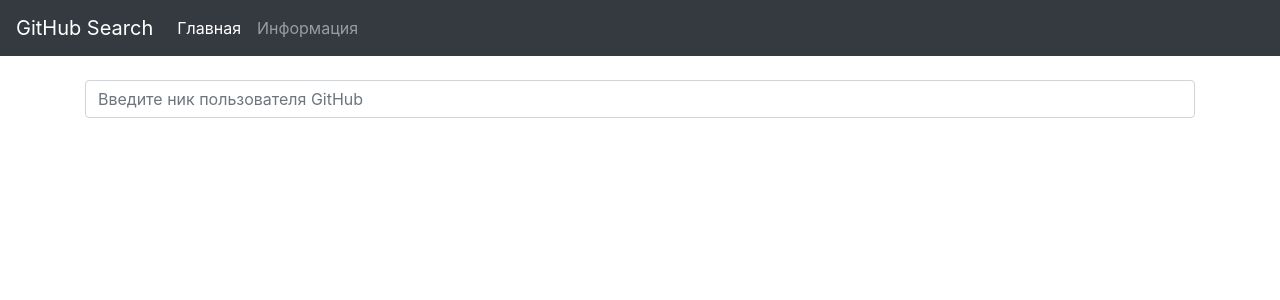
Repository: mbaboshko/github-search
Page: /
The author's editor kept a copy of each file at every save. The page is drawn from the files as they stood at one save, then again after the next save.
The browser window is 1280 px wide. The pictures show the whole page.
The project was rebuilt for these pictures with package versions that can differ from the ones it lists, and the page was loaded fresh each time. Also part of the build but not shown: src/components/Card.js, src/components/Loader/Loader.module.css, src/components/Loader/Loader.js, src/pages/About.js, src/pages/Profile.js, src/components/Alert.js.

Above is the page before, as saved 2020-08-17 17:40:19.

### src/index.scss
@import '~bootstrap/scss/bootstrap';

body {
  margin: 0;
  font-family: -apple-system, BlinkMacSystemFont, 'Segoe UI', 'Roboto', 'Oxygen', 'Ubuntu',
    'Cantarell', 'Fira Sans', 'Droid Sans', 'Helvetica Neue', sans-serif;
  -webkit-font-smoothing: antialiased;
  -moz-osx-font-smoothing: grayscale;
}

### src/components/Navbar.js
import React from 'react'
import { NavLink } from 'react-router-dom'

export default function Navbar() {
  return (
    <nav className="navbar navbar-dark bg-dark navbar-expand-lg">
      <div className="navbar-brand">GitHub Search</div>
      <ul className="navbar-nav">
        <li className="nav-item">
          <NavLink to="/" className="nav-link">
            Главная
          </NavLink>
        </li>
        <li className="nav-item">
          <NavLink to="/about" className="nav-link">
            Информация
          </NavLink>
        </li>
      </ul>
    </nav>
  )
}

### src/pages/Home.js
import React, { useContext } from 'react'
import Search from '../components/Search'
import Card from '../components/Card'
import { GithubContext } from '../context/github/githubContext'
import Loader from '../components/Loader/Loader'

export default function Home() {
  const { loading, users } = useContext(GithubContext)

  return (
    <>
      <Search />
      <div className="row">
        {loading ? (
          <Loader />
        ) : (
          users.map(user => (
            <div className="col-sm-4 mb-4" key={user.id}>
              <Card user={user} />
            </div>
          ))
        )}
      </div>
    </>
  )
}

### src/context/alert/AlertState.js
import React, { useReducer } from 'react'
import { AlertContext } from './alertContext'
import { alertReducer } from './alertReducer'
import { HIDE_ALERT, SHOW_ALERT } from '../types'

export default function AlertState({ children }) {
  const [state, dispatch] = useReducer(alertReducer, null)

  const hide = () => dispatch({ type: HIDE_ALERT })

  const show = (text, type = 'secondary') => {
    dispatch({
      type: SHOW_ALERT,
      payload: { type, text },
    })
  }

  return (
    <AlertContext.Provider value={{ hide, show, alert: state }}>{children}</AlertContext.Provider>
  )
}

### src/context/github/GithubState.js
import React, { useReducer } from 'react'
import axios from 'axios'
import { GithubContext } from './githubContext'
import { githubReducer } from './githubReducer'
import { SEARCH_USERS, GET_USER, GET_REPOS, CLEAR_USERS, SET_LOADING } from '../types'

const CLIENT_ID = process.env.REACT_APP_CLIENT_ID
const CLIENT_SECRET = process.env.REACT_APP_CLIENT_SECRET

const withCreds = url => `${url}client_id=${CLIENT_ID}&client_secret=${CLIENT_SECRET}`

export const GithubState = ({ children }) => {
  const initialState = {
    user: {},
    users: [],
    loading: false,
    repos: [],
  }

  const [state, dispatch] = useReducer(githubReducer, initialState)

  const clearUsers = () => dispatch({ type: CLEAR_USERS })

  const setLoading = () => dispatch({ type: SET_LOADING })

  const search = async value => {
    setLoading()

    const response = await axios.get(withCreds(`https://api.github.com/search/users?q=${value}&`))

    dispatch({
      type: SEARCH_USERS,
      payload: response.data.items,
    })
  }

  const getUser = async name => {
    setLoading()

    const response = await axios.get(withCreds(`https://api.github.com/users/${name}?`))

    dispatch({
      type: GET_USER,
      payload: response.data,
    })
  }

  const getRepos = async name => {
    setLoading()

    const response = await axios.get(
      withCreds(`https://api.github.com/users/${name}/repos?per_page=5&`)
    )

    dispatch({
      type: GET_REPOS,
      payload: response.data,
    })
  }

  const { user, users, repos, loading } = state

  return (
    <GithubContext.Provider
      value={{ setLoading, search, getUser, getRepos, clearUsers, user, users, repos, loading }}
    >
      {children}
    </GithubContext.Provider>
  )
}

### src/components/Search.js
import React, { useContext, useState } from 'react'
import { AlertContext } from '../context/alert/alertContext'
import { GithubContext } from '../context/github/githubContext'

export default function Search() {
  const [value, setValue] = useState('')
  const { show } = useContext(AlertContext)
  const github = useContext(GithubContext)

  const onSubmit = event => {
    if (event.key !== 'Enter') return
    if (value.trim()) {
      github.search(value.trim())
      setValue('')
    } else {
      show('Поле не может быть пустым. Введите данные пользователя!')
    }
  }

  return (
    <div className="form-group">
      <input
        type="text"
        className="form-control"
        name="search"
        id="search"
        placeholder="Введите ник пользователя GitHub"
        autoComplete="off"
        value={value}
        onChange={event => setValue(event.target.value)}
        onKeyUp={onSubmit}
      />
    </div>
  )
}

### src/context/github/githubContext.js
import { createContext } from 'react'

export const GithubContext = createContext()

### src/context/alert/alertContext.js
import { createContext } from 'react'

export const AlertContext = createContext()

### src/context/alert/alertReducer.js
import { SHOW_ALERT, HIDE_ALERT } from '../types'

const handlers = {
  [SHOW_ALERT]: (state, action) => action.payload,
  [HIDE_ALERT]: () => null,
  DEFAULT: state => state,
}

export const alertReducer = (state, action) => {
  const handler = handlers[action.type] || handlers.DEFAULT
  return handler(state, action)
}

### src/context/types.js
export const SHOW_ALERT = 'SHOW_ALERT'
export const HIDE_ALERT = 'HIDE_ALERT'

export const CLEAR_USERS = 'CLEAR_USERS'
export const GET_REPOS = 'GET_REPOS'
export const GET_USER = 'GET_USER'
export const SEARCH_USERS = 'SEARCH_USERS'
export const SET_LOADING = 'SET_LOADING'

### src/context/github/githubReducer.js
import { SEARCH_USERS, GET_REPOS, GET_USER, SET_LOADING, CLEAR_USERS } from '../types'

const handlers = {
  [SEARCH_USERS]: (state, { payload }) => ({ ...state, users: payload, loading: false }),
  [GET_REPOS]: (state, { payload }) => ({ ...state, repos: payload, loading: false }),
  [GET_USER]: (state, { payload }) => ({ ...state, user: payload, loading: false }),
  [SET_LOADING]: state => ({ ...state, loading: true }),
  [CLEAR_USERS]: state => ({ ...state, users: [] }),
  DEFAULT: state => state,
}

export const githubReducer = (state, action) => {
  const handler = handlers[action.type] || handlers.DEFAULT
  return handler(state, action)
}

Loaded but not shown: public/index.html (common file); src/index.js (common file); src/App.js (common file); src/serviceWorker.js (common file)

After the next save:
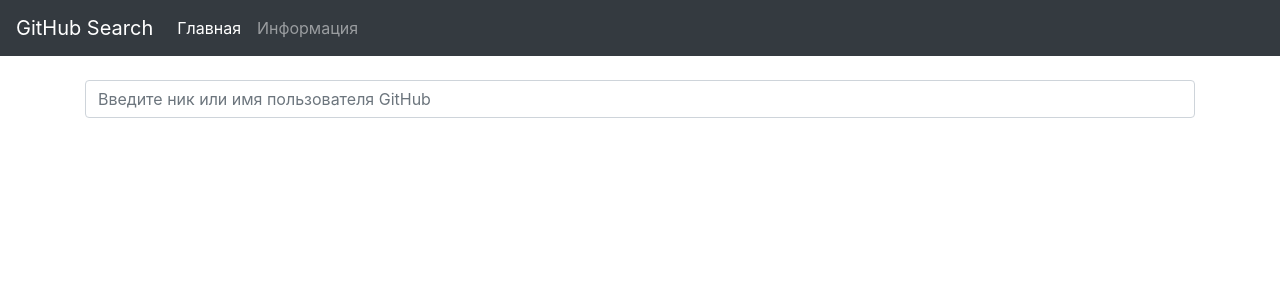
Saved 2 min 46 s later.
--- a/src/components/Search.js
+++ b/src/components/Search.js
@@ -24,7 +24,7 @@ export default function Search() {
         className="form-control"
         name="search"
         id="search"
-        placeholder="Введите ник пользователя GitHub"
+        placeholder="Введите ник или имя пользователя GitHub"
         autoComplete="off"
         value={value}
         onChange={event => setValue(event.target.value)}
